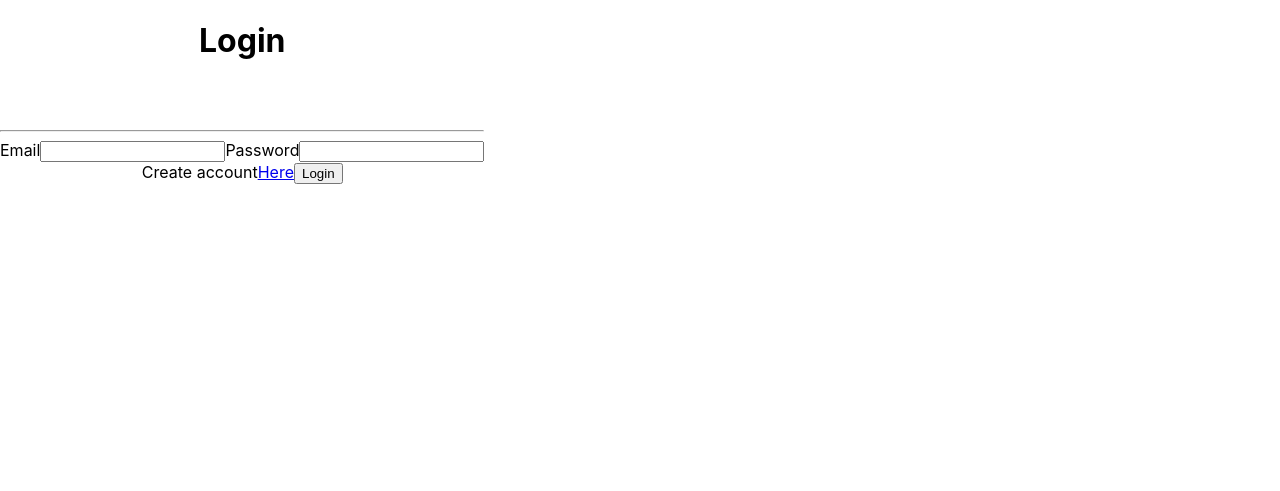
Repository: TendaniSadiki/revelation-e-commerce
Page: /login
The author's editor kept a copy of each file at every save. The page is drawn from the files as they stood at one save, then again after the next save.
The browser window is 1280 px wide. The pictures show the whole page.
The project was rebuilt for these pictures with package versions that can differ from the ones it lists, and the page was loaded fresh each time. Also part of the build but not shown: src/Components/Navbar.css, src/Components/Navbar.js, src/Components/CardStyle.css, src/Components/IndividualProduct.js, src/Components/Products.js, src/Components/IndividualCartProduct.js, src/Components/CartProduct.js, src/Components/Home.js and 9 more. Imported but missing from the stored project, and not drawn on this page: src/Components/Pages/Sale/Sale.

Above is the page before, as saved 2022-11-10 15:26:36.

After the next save:
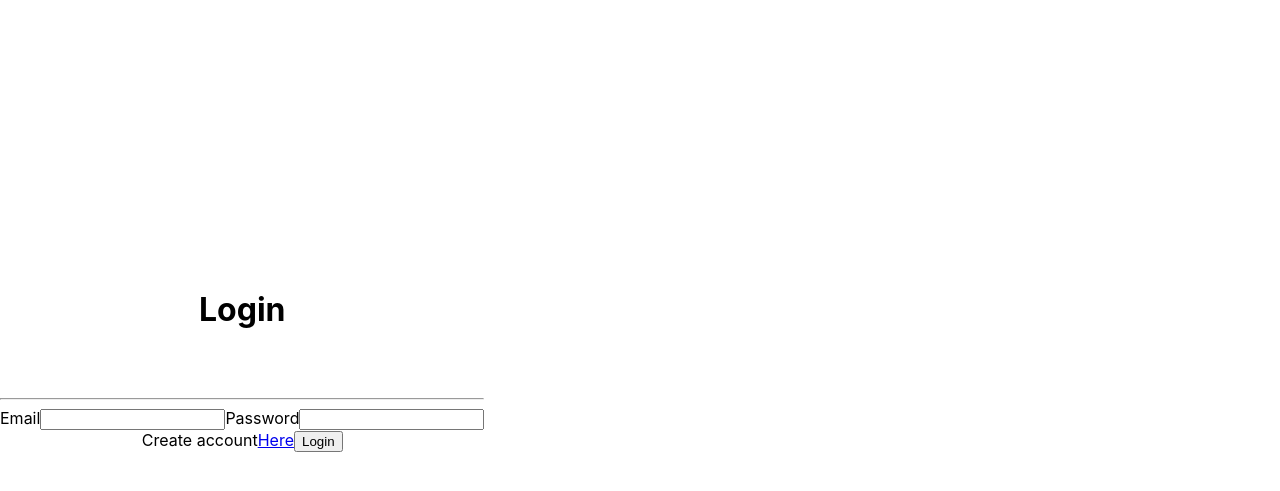
Saved 4 s later.
--- a/src/App.css
+++ b/src/App.css
@@ -2,5 +2,5 @@
   text-align: center;
   display: flex;
   min-height: 100vh;
-  align-items: ;
+  align-items: center;
 }
